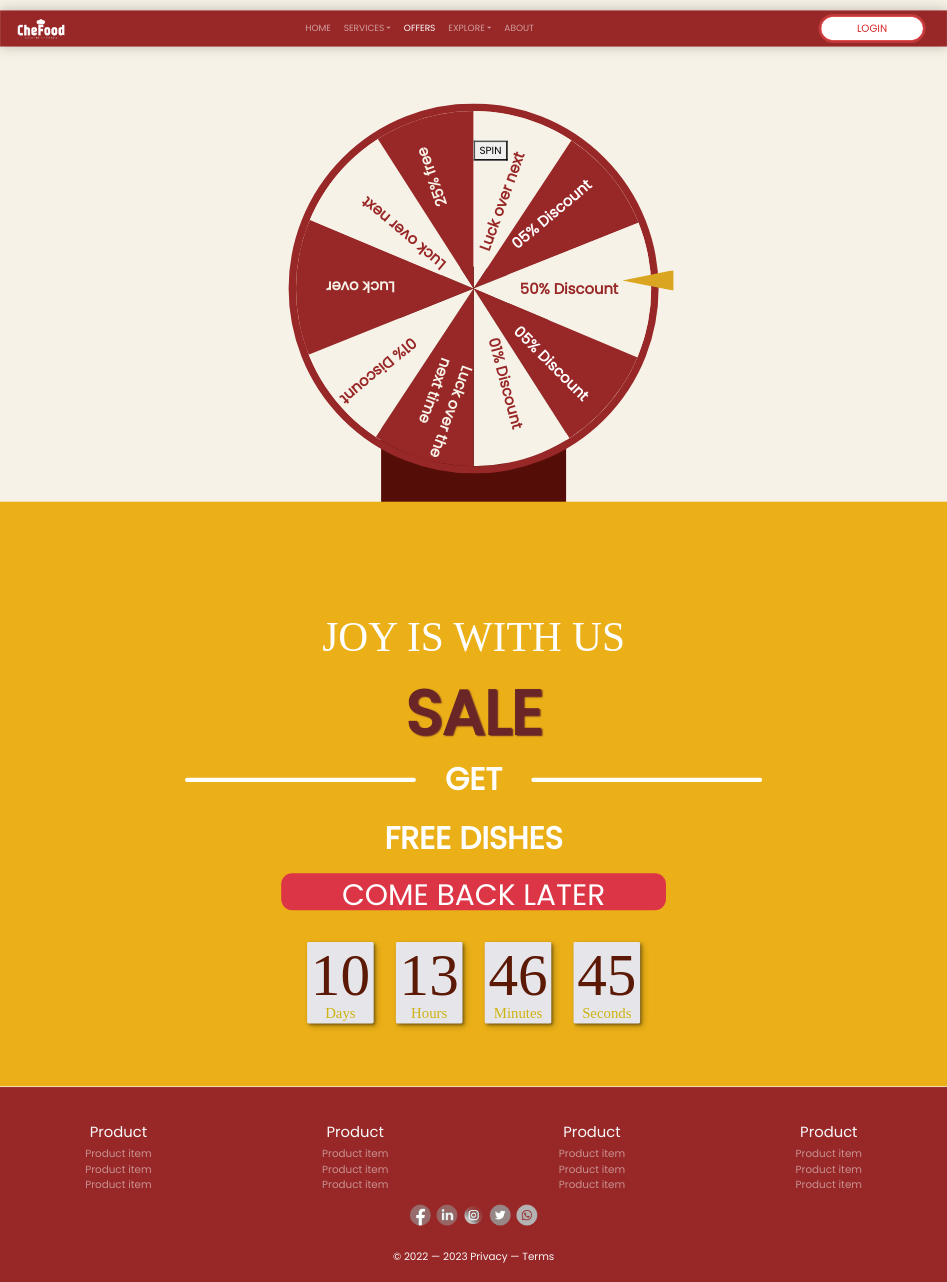
Repository: qamchamine/chefood
Page: /offers (app in front-end/)
These files come from the project's save history. The page is drawn as it stood at one moment and after the next save; the edit follows.
The browser window is 1280 px wide. The pictures show the whole page, at 74% of full size.
The project was rebuilt for these pictures with package versions that can differ from the ones it lists, and the page was loaded fresh each time. Some packages were replaced by stand-ins written for this rebuild. Also part of the build but not shown: front-end/src/components/small_components/ButtonMain.jsx, front-end/src/components/small_components/HomeCard.jsx, front-end/src/components/small_components/HomeCardFullSection.jsx, front-end/src/components/pages/Home.jsx, front-end/src/css/explore.css, front-end/src/components/pages/sub-pages/Gallery.jsx, front-end/src/components/pages/sub-pages/Delivery.jsx, front-end/src/components/small_components/ComponentToPrint.jsx and 28 more. Imported but missing from the stored project, and not drawn on this page: front-end/src/sounds/applause.mp3, front-end/src/sounds/wheel.mp3.

Above is the page before, as saved 2023-06-18 19:25:55.

### front-end/public/index.html
<!DOCTYPE html>
<html lang="en">
  <head>
    <meta charset="utf-8" />
    <link rel="icon" href="%PUBLIC_URL%/favicon.ico" />
    <meta name="viewport" content="width=device-width, initial-scale=1" />
    <meta name="theme-color" content="#000000" />
    <meta
      name="description"
      content="Web site created using create-react-app"
    />
    <link
    rel="stylesheet"
    href="https://fonts.googleapis.com/css?family=Roboto:400,700"
  />
    <link rel="apple-touch-icon" href="%PUBLIC_URL%/logo192.png" />
    <link rel="manifest" href="%PUBLIC_URL%/manifest.json" />

    <link rel="stylesheet" href="https://fonts.googleapis.com/icon?family=Material+Icons">

    <link rel="stylesheet" href="https://maxcdn.bootstrapcdn.com/font-awesome/4.7.0/css/font-awesome.min.css">
    <script src="https://code.jquery.com/jquery-3.5.1.min.js"></script>
    <script src="https://cdn.jsdelivr.net/npm/popper.js@1.16.0/dist/umd/popper.min.js"></script>




    <title>React App</title>
  </head>
  <body>

    <div id="root"></div>
<!--     <script src="jquery/jquery-3.6.0.js"></script>  -->
    <script src="https://unpkg.com/sweetalert/dist/sweetalert.min.js"></script>

  </body>
</html>

### front-end/src/components/pages/Offers.jsx
import React from 'react'
import WheelSpin from '../small_components/WheelSpin'
import OffersButtom from '../small_components/OffersButtom'
export default function Offers() {
  return (
    <div>


      <WheelSpin/>
      <OffersButtom/>
    </div>
  )
}

### front-end/src/css/home.css
.homeBG {
    height: fit-content;
    position: relative;
    right: -10%;
    top: 34%;
    z-index: -1;
    width: 100em !important;


}
@font-face {
    font-family: 'poppin';
    src: url('../fonts/Poppins/Poppins-Regular.ttf') ;
    font-weight: normal;
    font-style: normal;
  }
body {
    font-family:'poppin', sans-serif !important;
    background-color: #F7F2E7 !important;
    max-width: 100vw;
    font-weight: normal !important;
    overflow-x: hidden;
    font-size: 14px !important;
}

body::-webkit-scrollbar {
    width: 0;
}

.nb {
/*     position: fixed; */
/*     top: 1em; */
    background-color: #982727 !important;
    box-shadow: 0 0px 20px #1f020241;
    border: 1px solid #ffffff22;
}

.navbar {
    background-color: #982727 !important;
}

.changeColor {
    background-color: blue !important;
}

.signUP {
    background: white !important;
    color: #982727 !important;
    font-weight: bold !important;
    outline: 5px solid #982727ab;
    outline-offset: -2px;
    transition: 500ms ease;


}

.homeContent {
    height: 90vh;
    z-index: 0;
    margin-top: -1.5em !important;
}

.homeContent h1 {
    color: #F7F2E7;
    text-align: start;
width: 40vw !important;
}

.homeContent h1 span {
    position: relative;
    display: inline-block;
    margin-bottom: 10px;
    padding: 4px 20px 8px;
    transition: 1s ease;
}

.homeContent h1 span::before {
    content: '';
    position: absolute;
    background: #982727;
    left: 0;
    top: 0;
    z-index: -1;
    width: 100%;
    height: 100%;
    transform: skew(-10deg);
}

.homeContent h1 span:last-child::before {
    transform: skew(10deg);
}

.homeContent p {
    width: 72%;
    color: #982727;
    text-align: left;
}

.homeContent .homeMainButtons {
    width: 72%;
}

.cardBtn {
    transition: 1s ease;
}

.cardBtn:hover {
    filter: brightness(130%);

}

.cardBtn i {
    left: 63%;
    transition: 300ms ease;
}

.cardBtn:hover i {
    left: 75%;
}

.btnMain:hover {
    filter: brightness(130%);
}

.card-img-top {
    object-fit: cover;
}

.signUP:hover {

    background: #982727 !important;
    color: white !important;
    font-weight: bold !important;
    outline: 5px solid #ffffff55;
    outline-offset: -4px;
}

.cardsGroup:not(:first-child) {
    translate: 50% 0;
}

.arrow-1-1 {
    position: absolute;
    top: 50%;
    left: 0;
}

.home .carousel-control-prev-icon,
.home .carousel-control-next-icon {

    width: 1.3em;
    height: 1.3em;
    color:black !important;

    outline: 12px solid #982929;
    outline-offset: -1px;
    background-color: #982929;
    background-size: 100%, 100%;
    border-radius: 50%;
    box-shadow: 0 0 10px black;
}

.home .carousel-control-prev,
.home .carousel-control-next {
    z-index: 10;
    width: 4em !important;
/*     background: red; */

}

/* .py-4 {
    padding-top: 0rem !important;
    padding-bottom: 0rem !important;
} */

.nb{
    zoom:87%;
}

### front-end/src/css/delivery.css
.price {
    background: #982727;
    color: white;
    text-align: center;
    padding-block: 1em;
    border-radius: .5em;
}

.delivery-page .card {
    transition: 300ms ease;
    user-select: none;
}

.delivery-page .card ul {
    list-style-type: none;
}

.delivery-page .card:hover {
    filter: contrast(120%);
    cursor: pointer;
    outline: .3em solid #982727;
    box-shadow: 0 .4em 0px .3em #982727 !important;
}

.delivery-page {
    height: fit-content;
    display: flex;
    align-items: center;
    margin-top: 8em !important;
}
.scroll-bar-activated::-webkit-scrollbar {
    display: block !important;
    background: rgba(255, 0, 0, 0) !important;
    width: 1em !important;
}
.scroll-bar-activated{
    overflow: overlay !important;

}
.scroll-bar-activated::-webkit-scrollbar-thumb {
    display: block !important;
    background: linear-gradient(to bottom,transparent 0% 23%,#982727 20% 70%,transparent 50% 100%) !important;
    z-index: 10000000 !important;
    width: 10px !important;
}

.delivery-page>div {
    height: fit-content;
    position: relative;

}

.delivery-page>div:last-child h5 img {
    height: 11em;
}

h1.section-2{
    margin-top: 4em ;
}
.cards2{
    margin-bottom: 5em ;
}
h1{
    text-transform: uppercase;
    color: #6a2626;;
}

### front-end/src/components/small_components/WheelSpin.jsx
import React, { useEffect } from 'react'
import '../../css/spinWheel.css'
import applause from '../../sounds/applause.mp3'
import wheel from '../../sounds/wheel.mp3'
import {Link} from 'react-router-dom'
import swal from 'sweetalert2'
export default function WheelSpin() {
useEffect(() => {


    function shuffle(array) {
        var currentIndex = array.length,
          randomIndex;

        // While there remain elements to shuffle...
        while (0 !== currentIndex) {
          // Pick a remaining element...
          randomIndex = Math.floor(Math.random() * currentIndex);
          currentIndex--;

          // And swap it with the current element.
          [array[currentIndex], array[randomIndex]] = [
            array[randomIndex],
            array[currentIndex],
          ];
        }

        return array;
      }

      document.querySelector('.spin').addEventListener('click',spin)
      function spin() {
        // Play the sound
        document.querySelector('#wheel').play();
        // Inisialisasi variabel
        const box = document.getElementById("box");
        const element = document.getElementById("mainbox");
        let SelectedItem = "";

        let MagicRoaster = shuffle([1890, 2250, 2610]);
        let Sepeda = shuffle([1850, 2210, 2570]); //Kemungkinan : 100%
        let RiceCooker = shuffle([1810, 2170, 2530]);
        let LunchBox = shuffle([1770, 2130, 2490]);
        let Sanken = shuffle([1750, 2110, 2470]);
        let Electrolux = shuffle([1630, 1990, 2350]);
        let JblSpeaker = shuffle([1570, 1930, 2290]);

        // Bentuk acak
        let Hasil = shuffle([
          MagicRoaster[0],
          Sepeda[0],
          RiceCooker[0],
          LunchBox[0],
          Sanken[0],
          Electrolux[0],
          JblSpeaker[0],
        ]);
        // console.log(Hasil[0]);

        // Ambil value item yang terpilih
        if (MagicRoaster.includes(Hasil[0])) SelectedItem = "50% Discount";
        if (Sepeda.includes(Hasil[0])) SelectedItem = " 05% Discount";
        if (RiceCooker.includes(Hasil[0])) SelectedItem = "01% Discount";
        if (LunchBox.includes(Hasil[0])) SelectedItem = "Luck over the next time";
        if (Sanken.includes(Hasil[0])) SelectedItem = "01% Discount";
        if (Electrolux.includes(Hasil[0])) SelectedItem = "25% Discount";
        if (JblSpeaker.includes(Hasil[0])) SelectedItem = "05% Discount";

        // Proses
        box.style.setProperty("transition", "all ease 5s");
        box.style.transform = "rotate(" + Hasil[0] + "deg)";
        element.classList.remove("animate");
        setTimeout(function () {
          element.classList.add("animate");
        }, 5000);

        // Munculkan Alert
        setTimeout(function () {
            document.querySelector('#applause').play();
/*           swal(
            "Congratulations",
            "You Won The " + SelectedItem + ".",
            "success"
          ); */


         new swal({
            title: "Congratulations",
            text: "You Won The " + SelectedItem + ".",
            icon: "success",
            buttons: {
              confirm: {
                text: "CLAIM REWARD",
                value: true,
                className: "claim-btn"
              },
            },
          })
          .then((value) => {
            // The user clicked the "OK" button
/*             console.log("User clicked OK");
 */          });


        }, 6000);

        // Delay and set to normal state
        setTimeout(function () {
          box.style.setProperty("transition", "initial");
          box.style.transform = "rotate(90deg)";
        }, 9000);
      }


}, []);




  return (
    <div className="spinner-wheel ">
    <div className="mainbox" id="mainbox">
      <div className="box" id="box">
        <div className="box1">
          <span className="font span1"><b >  Luck over next </b></span>
          <span className="font span2"><b>05% Discount</b></span>
          <span className="font span3"><b>50% Discount</b></span>
          <span className="font span4"><b> 05%  Discount</b></span>
          <span className="font span5"><b> 01% Discount <br />
              </b></span>
        </div>
        <div className="box2">
          <span className="font span1"><b>Luck over the next time</b></span>
          <span className="font span2"><b>01% Discount </b></span>
          <span className="font span3"><b>Luck over </b></span>
          <span className="font span4"><b>Luck over next</b></span>
          <span className="font span5"><b>25% free</b></span>
        </div>
      </div>
      <button className="spin d-none"  >jjj</button>


      <div class="text-center">

	<button  class="trigger-btn" data-bs-toggle="modal" data-bs-target="#myModal">SPIN</button>
</div>

<div id="myModal" class="modal ">
	<div class="modal-dialog position-relative modal-confirm">
		<div class="modal-content ">
			<div class="modal-header flex-column">
                <button type="button" class="btn-close " style={{translate:'80% -80%'}} data-bs-dismiss="modal" ></button>
				<div class="icon-box">
					<i class="material-icons">warning</i>
				</div>
				<h4 class="modal-title w-100 ">You need to login first !</h4>
			</div>
			<div class="modal-body">
				<p>Do you really want to delete these records? This process cannot be undone.</p>
			</div>
			<div class="modal-footer justify-content-center gap-4">

        <Link to='/register' class="btn w-25 btn-secondary"
        >Register</Link>

        <Link to='/login' class="btn w-25 px-4 ">Login</Link>
			</div>
		</div>
	</div>
</div>













    </div>
    <audio controls="controls" id="applause" src={applause} type="audio/mp3"></audio>
    <audio controls="controls" id="wheel" src={wheel} type="audio/mp3"></audio>
    <div className='spinBase'></div>


  </div>
  )
}

### front-end/src/components/small_components/OffersButtom.jsx
import React from 'react'
import '../pages/style/offoreB.css'
// import  CountDown  from './CountDown'
import Timer from './Timer'


export default function OffersButtom() {
  return (
    <div className='parent-element bgBorder'>
      <div className='borderTB'></div>
        <div className=' contM '>
            <h1 className='title'>Joy is with us</h1>
                <h1 className='titleblack color-dark'>SALE</h1>
                  <p className='getparagraph'>GET</p>
                  <p>FREE DISHES</p>

                  <span className='bg-danger h1 Vbotton  '>COME BACK LATER</span>
                  {/* <CountDown duration={2 * 24 * 60 * 60 * 1000}/> */}
                  <Timer/>


        </div>
      <div className='borderTB'></div>
    </div>
  )
}

### front-end/src/components/small_components/Timer.jsx
import React, { useEffect, useState } from 'react';
import '../../css/Timer.css'

function Timer() {
  const [days, setDays] = useState('00');
  const [hours, setHours] = useState('00');
  const [minutes, setMinutes] = useState('00');
  const [seconds, setSeconds] = useState('00');

  useEffect(() => {
    function makeTimer() {
      const endTime = new Date("29 jun 2023 9:56:00 GMT+01:00");
      const endTimeInSeconds = Date.parse(endTime) / 1000;

      const now = new Date();
      const nowInSeconds = Date.parse(now) / 1000;

      const timeLeft = endTimeInSeconds - nowInSeconds;

      const calculatedDays = Math.floor(timeLeft / 86400);
      const calculatedHours = Math.floor((timeLeft - calculatedDays * 86400) / 3600);
      const calculatedMinutes = Math.floor((timeLeft - calculatedDays * 86400 - calculatedHours * 3600) / 60);
      const calculatedSeconds = Math.floor(timeLeft - calculatedDays * 86400 - calculatedHours * 3600 - calculatedMinutes * 60);

      const formattedHours = calculatedHours < 10 ? `0${calculatedHours}` : calculatedHours.toString();
      const formattedMinutes = calculatedMinutes < 10 ? `0${calculatedMinutes}` : calculatedMinutes.toString();
      const formattedSeconds = calculatedSeconds < 10 ? `0${calculatedSeconds}` : calculatedSeconds.toString();

      setDays(calculatedDays.toString());
      setHours(formattedHours);
      setMinutes(formattedMinutes);
      setSeconds(formattedSeconds);
    }

    const timerInterval = setInterval(makeTimer, 100);

    return () => {
      clearInterval(timerInterval);
    };
  }, []);

  return (
    <div className='timer'>
      <div id="days" className='timerD' >{days}<span className='Stime'>Days</span></div>
      <div id="hours"  className='timerD'>{hours}<span className='Stime'>Hours</span></div>
      <div id="minutes" className='timerD' >{minutes}<span className='Stime'>Minutes</span></div>
      <div id="seconds" className='timerD' >{seconds}<span className='Stime'>Seconds</span></div>
    </div>
  );
}

export default Timer;

### front-end/src/css/location.css
@import url('https://fonts.googleapis.com/css2?family=Roboto:wght@100&display=swap');

.location-color
{
  color : #982727;
  text-transform: uppercase;
  letter-spacing: 0.3em;
}
.where-restorant
{
    width: 459px;
    margin:auto;
}
.restorant-location-title{
    font-family: 'Century Gothic';
    font-size:32px;
    font-weight:400;
}
.restorant-location-line{
    background:#B12222;
    height: 3px;
    width: 450px;
    display: inline-block;
    margin: 15px auto;
}
.restorant-location-p
{
    color:#000000 75%;
    font-size: 15px;
    font-weight: 400;
    font-family: 'Roboto', sans-serif;
}
.main-location{
    display: grid !important;
    grid-template-columns: repeat(2, 1fr);
    flex-direction: column;
    justify-content: center;
    align-items: center;
    text-align:center;
}
.restorant-location-btn{
    background-color: #B12222;
    border: none;
    width: 300px;
    height: 40px;
    border-radius: 15px;
    color: #fff;
}
.restorant-location-btn:hover{
    background-color: #fff;
    border: 2px solid #B12222;
    border-radius: 15px;
    color: #B12222;
}
.location-icon{
    margin-right: 15px;
}


  @media (max-width: 1123px) { /* Extra large devices (large desktops, 1200px and up) */
    .earth-image img{
        width: 450px;
    }
  }
  @media (max-width: 992px) { /* Medium devices (tablets, 768px and up) */
    .earth-image img{
        width: 400px;
    }
    .where-restorant {
        width: 400px;
        margin: auto;
    }
    .restorant-location-line{
        width: 350px;
        display: inline-block;
    }
  }
  @media (max-width: 868px) { /* Medium devices (tablets, 768px and up) */

    .earth-image img{
        width: 380px;
    }
    .where-restorant {
        width: 380px;
        margin: auto;
    }
    .restorant-location-line{
        width: 320px;
        display: inline-block;
    }
    .restorant-location-p{
        font-size: 13px;
    }
    .restorant-location-title{
        font-size:28px;
    }

  }
  @media (max-width: 783px) { /* Small devices (landscape phones, 576px and up) */
    .earth-image img{
        margin-top: 30px;
        width: 380px;
    }
    .where-restorant {
        width: 380px;
        margin: auto;
    }
    .restorant-location-line{
        width: 320px;
        display: inline-block;
    }
    .restorant-location-p{
        font-size: 15px;
    }
    .restorant-location-title{
        font-size:32px;
    }
    .main-location{
        display: grid !important;
        grid-template-columns: repeat(1, 1fr);
        justify-items: center;
        text-align:center;
    }
  }
  @media(max-width: 401px){ /* Small devices (landscape phones, 576px and up) */
    .earth-image img{
        width: 330px;
        margin-top: 30px;
    }
    .where-restorant {
        width: 330px;
        margin: auto;
    }
    .restorant-location-line{
        width: 320px;
        display: inline-block;
    }
    .restorant-location-p{
        font-size: 13px;
    }
    .restorant-location-title{
        font-size:28px;
    }
    .main-location{
        display: grid !important;
        grid-template-columns: repeat(1, 1fr);
        justify-items: center;
        text-align:center;
    }
  }

### front-end/src/css/Timer.css

@import url(https://fonts.googleapis.com/css?family=Titillium+Web:400,200,200italic,300,300italic,900,700italic,700,600italic,600,400italic);

/* .timer {
  font-family: 'Titillium Web', cursive;
  width: 800px;
  margin: 0 auto;
  text-align: center;
  color: white;
  background: #222;
  font-weight: 100;
} */

.timer {
  display: inline-flex;
  line-height: 1;
  padding: 20px;
  font-size: 40px;
  font-family: 'Times New Roman', cursive;


}
.timerD{
    border-radius: 2px;
    padding: 5px;
    font-size: 10px;
    border: 70px rgb(131, 55, 55);
    box-shadow:2px 2px 4px rgba(0, 0, 0, 0.4), 4px 4px 8px rgba(0, 0, 0, 0.2);
}

.Stime {
  display: block;
  font-size: 20px;
  color: rgb(206, 178, 19);

}

#days {
  font-size: 80px;
  color: rgb(92, 25, 5);
  background-color:rgb(230, 230, 234);

  margin: 15px;
}
#hours {
  font-size: 80px;
  color: rgb(92, 25, 5);
  background-color:rgb(230, 230, 234);
  margin: 15px;
}
#minutes {
  font-size: 80px;

  color: rgb(92, 25, 5);
  background-color:rgb(230, 230, 234);
  margin: 15px;
}
#seconds {
  font-size: 80px;
  color: rgb(92, 25, 5);
  background-color:rgb(230, 230, 234);
  margin: 15px;
}

Loaded but not shown: front-end/src/index.css (common file); front-end/src/App.js (39 lines, source omitted); front-end/src/config/LoginContext.js (68 lines, source omitted); front-end/src/index.js (20 lines, source omitted); front-end/src/css/spinWheel.css (315 lines, source omitted); front-end/src/css/reservation.css (400 lines, source omitted); front-end/src/components/Navbar.jsx (162 lines, source omitted); front-end/src/css/nav-footer.css (260 lines, source omitted); front-end/src/css/contactus.css (178 lines, source omitted); front-end/src/components/pages/style/offoreB.css (191 lines, source omitted); front-end/src/components/Footer.jsx (57 lines, source omitted)

After the next save:
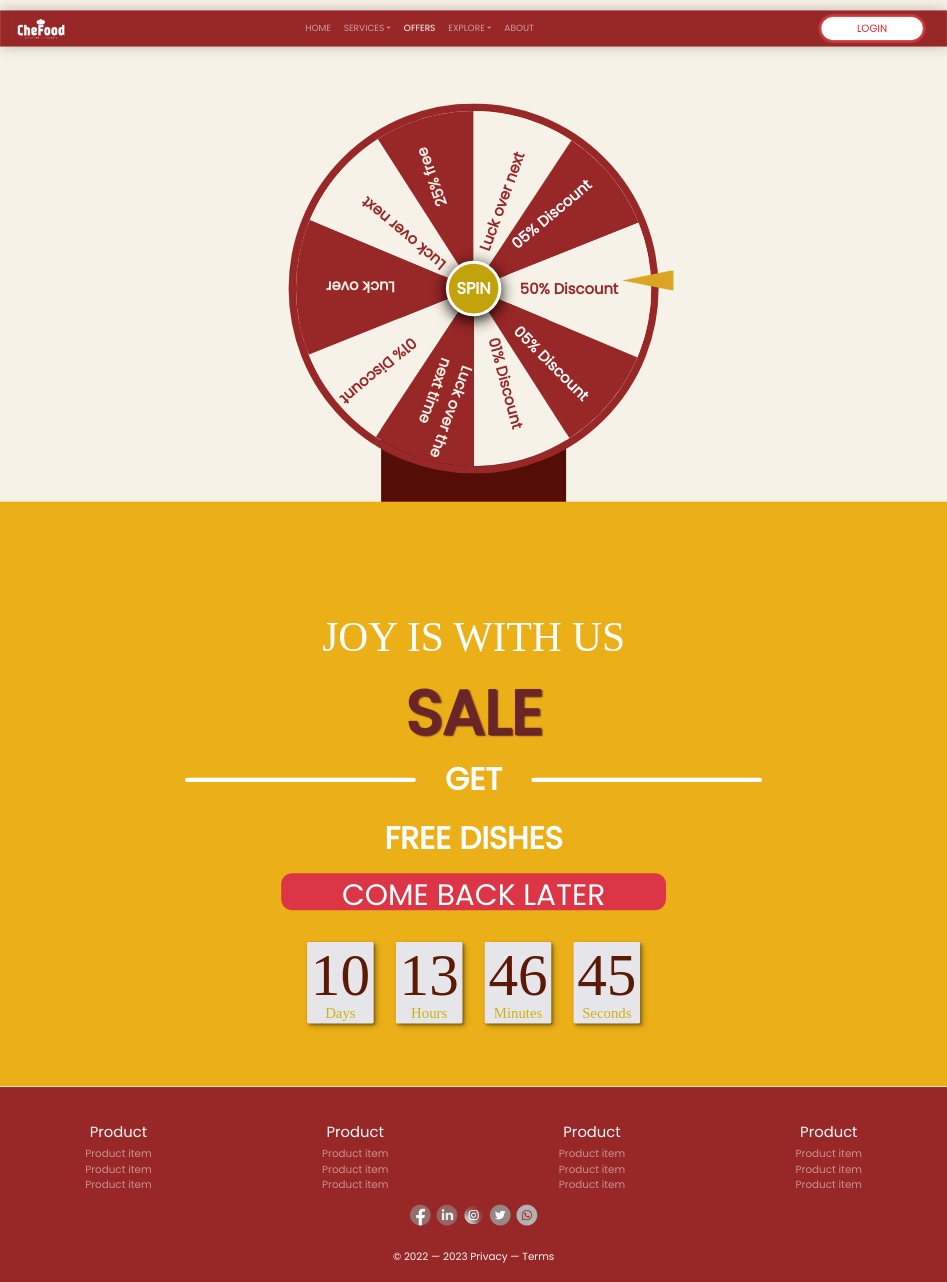
Saved 5 min 6 s later.
--- a/front-end/src/components/small_components/WheelSpin.jsx
+++ b/front-end/src/components/small_components/WheelSpin.jsx
@@ -142,7 +142,7 @@ useEffect(() => {
 
       <div class="text-center">
 
-	<button  class="trigger-btn" data-bs-toggle="modal" data-bs-target="#myModal">SPIN</button>
+	<button  class="trigger-btn spin" data-bs-toggle="modal" data-bs-target="#myModal">SPIN</button>
 </div>
 
 <div id="myModal" class="modal ">
